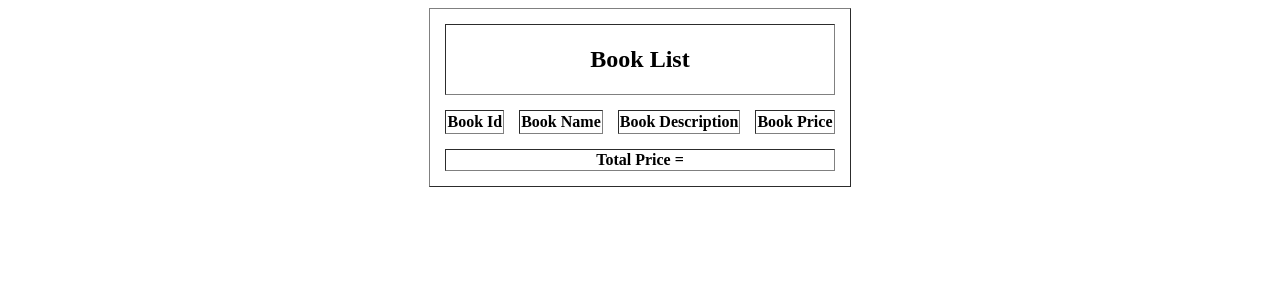
Repository: Rccalfa123/OnlineShopingCart
Page: http://localhost/OnlineBookShopping_Servlet-JSP/home.jsp
The author's editor kept a copy of each file at every save. The page is drawn from the files as they stood at one save, then again after the next save.
The browser window is 1280 px wide. The pictures show the whole page.
The page is served by Tomcat 9. Other server files are loaded and not shown.

Above is the page before, as saved 2018-08-09 12:28:34.

### OnlineBookShopping_Servlet-JSP/WebContent/home.jsp
<%@ page language="java" contentType="text/html; charset=ISO-8859-1"
	pageEncoding="ISO-8859-1"%>
<%@taglib prefix="alfa" uri="http://java.sun.com/jsp/jstl/core"%>
<!DOCTYPE html>
<html>
<head>
<meta charset="ISO-8859-1">
<title>Online Book Shop</title>
</head>
<body>

	<form action=".app" method="get">

		<div>
			<table cellspacing="15" align = "center" border="dotted" >
				<tr>
					<th colspan="4" height="35"><h2>Book List</h2></th>
				</tr>
			  <tr>
					<th height="20">Book Id</th>
					<th height="20">Book Name</th>
					<th height="20">Book Description</th>
					<th height="20">Book Price</th>

				</tr>

			<alfa:forEach var="books"  items="${sessionScope.availableBooks}">
			<tr>
					<td align="center">${books.bookId}</td>
					<td align="center">${books.bookName}</td>
					<td align="center">${books.bookDescription}</td>
					<td align="center">${books.bookPrice}</td>
					<td align="center"  colspan="2"><a href="addnew.app?bookId=${books.bookId}">Add to Cart</a></td>
			</tr>
			</alfa:forEach>
			 <tr > <th colspan="6"> Total Price = ${sessionScope.price} </th></tr>
					</table>
		</div>

	</form>


</body>
</html>

After the next save:
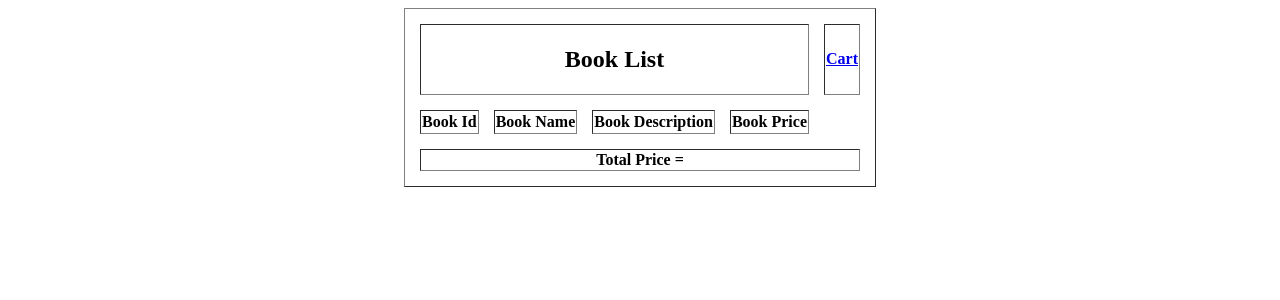
Saved 46 s later.
--- a/OnlineBookShopping_Servlet-JSP/WebContent/home.jsp
+++ b/OnlineBookShopping_Servlet-JSP/WebContent/home.jsp
@@ -15,6 +15,7 @@
 			<table cellspacing="15" align = "center" border="dotted" >
 				<tr>
 					<th colspan="4" height="35"><h2>Book List</h2></th>
+					<th><a href="cart.jsp">Cart</a> </th>
 				</tr>
 			  <tr>
 					<th height="20">Book Id</th>
